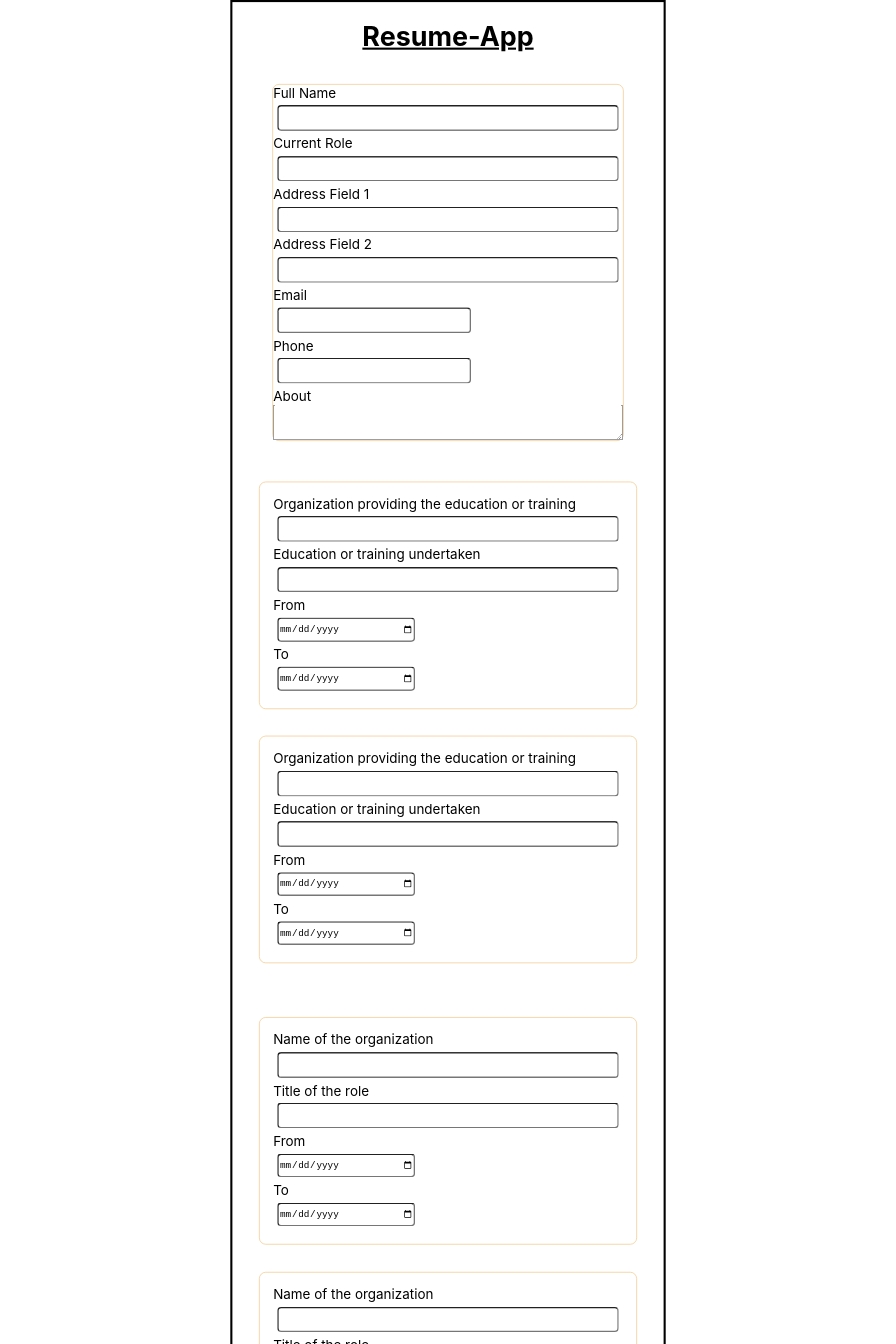
Repository: 0101chaitanya/resume-app
Page: /
The author's editor kept a copy of each file at every save. The page is drawn from the files as they stood at one save, then again after the next save.
The browser window is 1280 px wide. The pictures show the part of the page from y = 0 to 1920 px (the page is 3382 px tall before and 3420 px after), at 70% of full size.
The project was rebuilt for these pictures with package versions that can differ from the ones it lists, and the page was loaded fresh each time.

Above is the page before, as saved 2021-07-28 18:28:08.

After the next save:
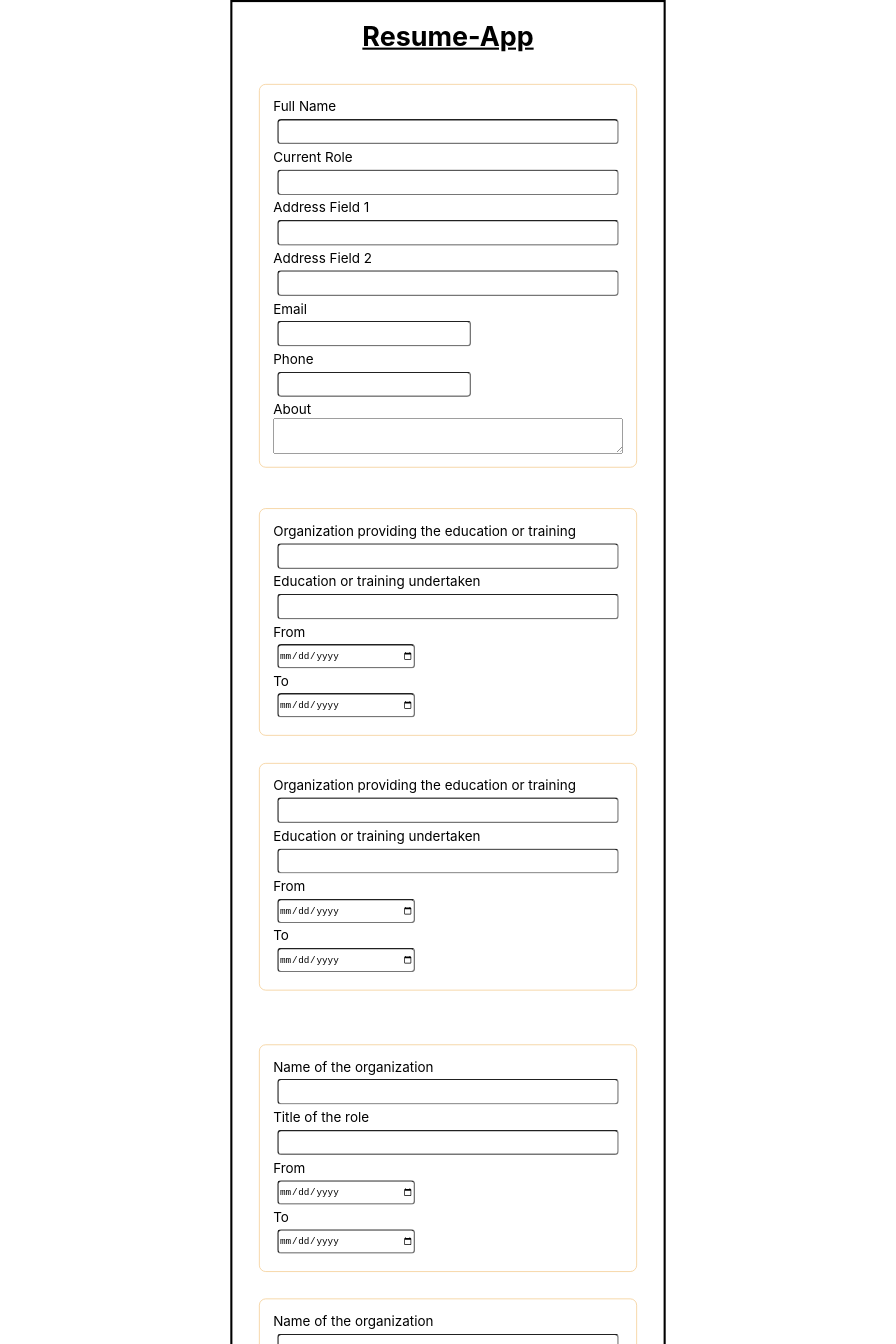
Saved 15 s later.
--- a/src/App.css
+++ b/src/App.css
@@ -69,6 +69,9 @@ button {
 }
 
 .section1 {
+  margin: 1rem;
+  padding: 1rem;
+
   border-radius: 0.5rem;
   border: 1px solid rgb(243, 200, 135);
 }
